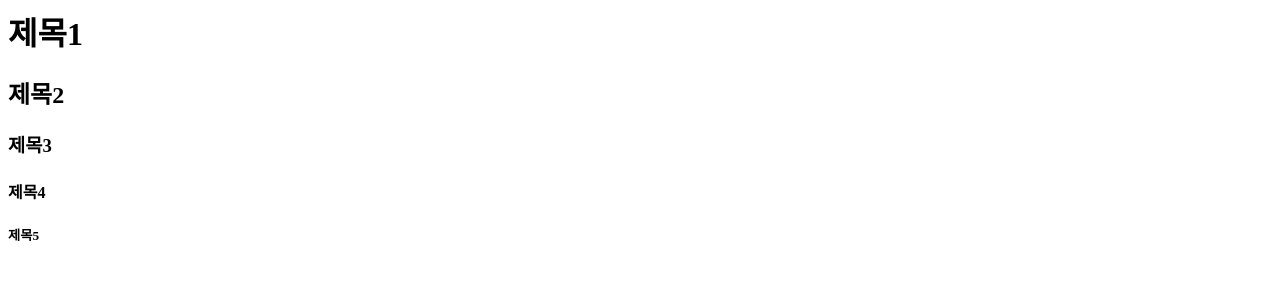
Repository: devfuturo/kosta_web
Page: http://localhost/back/response
An editor plug-in stored every save of this project. The page is shown before and after the next save, followed by the edit.
The browser window is 1280 px wide. The pictures show the whole page.
The page is served by Tomcat 9. Other server files are loaded and not shown.

Above is the page before, as saved 2022-06-13 06:24:15.

### back/src/main/java/com/my/control/ResponseServlet.java
package com.my.control;

import java.io.IOException;
import java.io.PrintWriter;

import javax.servlet.ServletException;
import javax.servlet.http.HttpServlet;
import javax.servlet.http.HttpServletRequest;
import javax.servlet.http.HttpServletResponse;

/**
 * Servlet implementation class ResponseServlet
 */
public class ResponseServlet extends HttpServlet {
	private static final long serialVersionUID = 1L;

	/**
	 */
	protected void doGet(HttpServletRequest request, HttpServletResponse response) throws ServletException, IOException {
		//응답형식 설정 : MIME (text/plain, text.html)
		//Multipurpose Internet Mail Extensions - 전자 우편을 위한 인터넷 표준 포맷이다.
		//이런 포맷으로 응답할거야.라는 뜻으로 가장 먼저 해야함
		response.setContentType("text/html;charset=UTF-8");

		//응답출력스트림 얻기
		PrintWriter out = response.getWriter(); // 문자로 변환해서 출력 해 주는 메서드 printWriter

		// 응답출력스트림에 쓰기
		// System.out의 자료형은 PrintStream
		out.print("<html>");
		out.print("<body>"); // out.print로 응답할 내용 만들어냄
		for(int i=1; i<=5; i++) {
			out.print("<h" + i +">");
			out.print("제목" + i);
			out.print("</h" + i + ">");
		}
		out.print("</body>");
		out.print("</html>");

	}

}

After the next save:
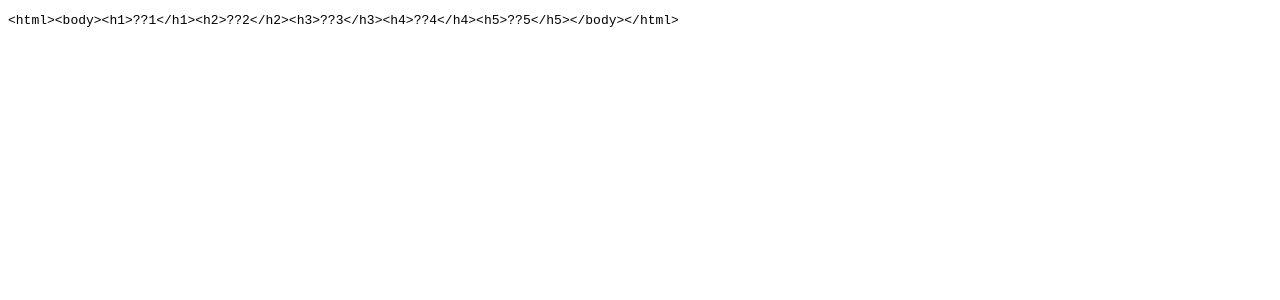
Saved 37 s later.
--- a/back/src/main/java/com/my/control/ResponseServlet.java
+++ b/back/src/main/java/com/my/control/ResponseServlet.java
@@ -20,7 +20,7 @@ public class ResponseServlet extends HttpServlet {
 		//응답형식 설정 : MIME (text/plain, text.html)
 		//Multipurpose Internet Mail Extensions - 전자 우편을 위한 인터넷 표준 포맷이다.
 		//이런 포맷으로 응답할거야.라는 뜻으로 가장 먼저 해야함
-		response.setContentType("text/html;charset=UTF-8");
+		response.setContentType("text/plain, text.html;charset=UTF-8");
 
 		//응답출력스트림 얻기
 		PrintWriter out = response.getWriter(); // 문자로 변환해서 출력 해 주는 메서드 printWriter
